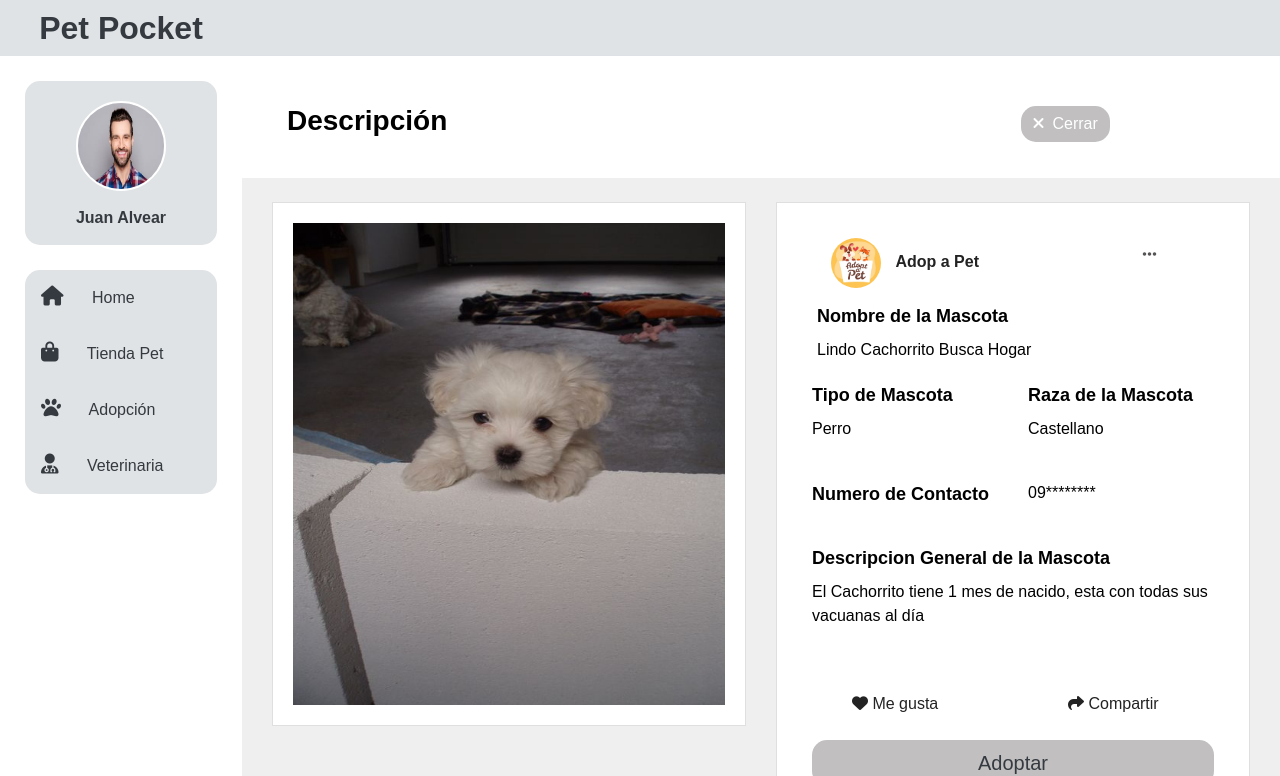
Repository: linkear/k_pet_pocket
Page: P-Final/public/detalle-foto-adop.html
The author's editor kept a copy of each file at every save. The page is drawn from the files as they stood at one save, then again after the next save.
The browser window is 1280 px wide. The pictures show the whole page.
An inner scrolling area shows only its first screen. Some web fonts or font styles are not loaded; a fallback is used. Some web libraries are served in a nearby version.

Above is the page before, as saved 2020-10-25 17:50:55.

### P-Final/public/detalle-foto-adop.html
<!doctype html>
<html lang="en">

<head>
  <!-- Required meta tags -->
  <meta charset="utf-8">
  <meta name="viewport" content="width=device-width, initial-scale=1, shrink-to-fit=no">

  <!-- Bootstrap CSS -->
  <link rel="stylesheet" href="https://stackpath.bootstrapcdn.com/bootstrap/4.3.1/css/bootstrap.min.css"
    integrity="sha384-ggOyR0iXCbMQv3Xipma34MD+dH/1fQ784/j6cY/iJTQUOhcWr7x9JvoRxT2MZw1T" crossorigin="anonymous">

  <!-- Styles -->
  <link rel="stylesheet" href="../css/style.css">
  <link rel="stylesheet" href="../css/detalleFUsuario.css">
  <link rel="stylesheet" href="../css/dropdown.css">

  <!-- Google fonts -->
  <link href="https://fonts.googleapis.com/css?family=Muli:300,700&display=swap" rel="stylesheet">

  <title>Pet-Pocket - Info</title>
</head>

<body>
  <div class="d-flex" id="content-wrapper">
    <!-- Sidebar -->
    <div id="sidebar-container" class="">
      <div class="logo bg-primary">
        <h2 class="text-dark text-center font-weight-bold mb-0">Pet Pocket</h2>
      </div>
      <div class="bck_perfil bg-primary">
        <center>
          <img src="../assets/prfil.jpg" />

          <p class="font-weight-bold nombre_perfil text-dark">Juan Alvear</p>
        </center>
      </div>
      <div class="menu bg-primary">
        <a href="home-principal.html" class="d-block text-dark p-3 border-0"><i class="fa fa-home mr-4"></i>
          Home</a>

        <a href="home-tienda.html" class="d-block text-dark p-3 border-0"><i class="fas fa-shopping-bag mr-4"></i>
          Tienda Pet</a>

        <a href="home-adopcion.html" class="d-block text-dark p-3 border-0"><i class="fas fa-paw mr-4"></i>
          Adopción</a>
        <a href="#" class="d-block text-dark p-3 border-0"><i class="fas fa-user-md mr-4"></i>
          Veterinaria</a>
      </div>
    </div>
    <!-- Fin sidebar -->
    <!-- Navbar -->
    <div class="w-100">

      <!-- Navbar -->
      <nav class="navbar navbar-expand-lg navbar-light bg-primary border-bottom">
        <div class="container">
          <button class="navbar-toggler" type="button" data-toggle="collapse" data-target="#navbarSupportedContent"
            aria-controls="navbarSupportedContent" aria-expanded="false" aria-label="Toggle navigation">
            <span class="navbar-toggler-icon"></span>
          </button>

        </div>
      </nav>
      <!-- Fin Navbar -->

      <div id="content" class="bg-grey w-100">
     <section class="bg-light py-3">
        <div class="container">
          <section class="bg-light py-3">
            <div class="container">
                <div class="row">
                    <div class="col-lg-9 col-md-8">
                        <h3 class="mt-3 font-weight-bold">Descripción</h3>
                    </div>
                    <div class="col-lg-3 col-md-4 d-flex">
                      <div class="align-self-end mb-1">
                        <a href="../public/home-adopcion.html"><button class="btn btn-info w-100 align-self-center categoryItem"><i class="fas fa-times mr-2"></i>Cerrar</button></a>
                      </div>


                      <!--<button class="btn btn-primary w-100 align-self-center">Descargar reporte</button>-->
                    </div>
                </div>
            </div>
          </section>
        </div>
     </section>


     <section>
      <div class="container">
        <div class="row">
          <div class="col-6 my-4">
            <div class="card rounded-0">
              <div class="card-body">
                <img id="detalle-img" src="../assets/img/adp.jpg" alt="">
              </div>
            </div>
          </div>
          <div class="col-6 my-4">
            <div class="card rounded-0">
              <div class="card-body">
                      <div class="header">
                          <img src="../assets/img/userA.jpg" id="imgCard" alt="">
                          <a href="perfil.html" id="nameUser" >Adop a Pet</a>

                          <div class="dropdown" style="float:left;">
                              <i class="fas fa-ellipsis-h" class="dropbtn"></i>

                               <div class="dropdown-content" style="left:0;">
                                 <a href="#"><i class="fas fa-trash-alt"></i>  Eliminar</a>
                                 <a href="post-foto-Adop-Update.html"><i class="fas fa-pen"></i>  Actualizar</a>
                                 <a href="#"><i class="fas fa-times"></i>  Cerrar</a>
                               </div>
                          </div>

                          <br>

                            <div class="row" id="frm">
                              <div class="col-sm-12" >
                                <label  > Nombre de la Mascota </label>
                                  <p class="nameM">Lindo Cachorrito Busca Hogar</p>
                              </div>

                            </div>
                            <br>
                            <div class="row">
                              <div class="col-sm-6" >
                                <label > Tipo de Mascota </label>
                                <p class="nameM">Perro</p>
                               </div>
                              <div class="col-sm-6" >
                                <label > Raza de la Mascota </label>
                                <p class="nameM">Castellano</p>
                              </div>

                            </div>
                            <br>

                            <div class="row">
                              <div class="col-sm-6" >
                                <label > Numero de Contacto </label>

                               </div>
                               <div class="col-sm-6" >
                                  <p id="contacto">09********</p>
                               </div>
                            </div>

                             <br>
                            <div class="row" >
                              <div class="col-sm-12">
                                <label > Descripcion General de la Mascota </label>
                                    <p>
                                      El Cachorrito tiene 1 mes de nacido, esta con todas sus vacuanas al día

                                    </p>
                              </div>
                            </div>
                            <br>
                            <br>
                            <div class="row" id="footer">
                              <div class="col-lg-6 ">
                                  <a href="" id="itm" ><i class="fas fa-heart"></i> Me gusta </a>
                              </div>
                              <div class="col-lg-6 ">
                                  <a href="" id="itm" ><i class="fas fa-share"></i> Compartir</a>
                              </div>

                          </div>
                          <br>
                          <div class="col-lg-12  ">

                                <button  data-toggle="modal" data-target="#ventanaModal" class="btn btn-outline-dark btn-lg btn-block">  Adoptar </button>

                        </div>
                               <br>


                      </div>
                      <br>
                      <br>
              </div>
            </div>
          </div>
        </div>
      </div>
    </section>


          <div class="modal fade" id="ventanaModal" tabindex="-1" role="dialog" aria-label="tituloVentana" aria-hidden="true" >
            <div class="modal-dialog modal-dialog-centered" role="document">
              <div class="modal-content">
                <div class="modal-header">
                  <h5 id="tituloVentana">Formulario de Adopcion</h5>
                  <button class="close" data-dismiss="modal" aria-label="Cerrar" >
                    <samp aria-hidden="true">&times;</samp>
                  </button>
                </div>

                <div class="modal-body">



                  <div class="row">
                    <div class="col-sm-6" >
                      <label > Nombres: </label>
                      <input type="text"  placeholder="Karla"   class="form-control"> </input>
                    </div>
                    <div class="col-sm-6" >
                    <label > Apellidos: </label>
                      <input type="text" placeholder="Rojas"  class="form-control">  </input>
                    </div>
                  </div>
                  <br>
                  <div class="row">
                    <div class="col-sm-6" >
                      <label > Correo Electronico: </label>
                      <input type="text"  placeholder="karla@gmail.com" class="form-control"></input>
                    </div>
                    <div class="col-sm-6" >
                    <label > Telefono: </label>
                      <input type="text" placeholder="0987654321" class="form-control"></input>
                    </div>
                  </div>
                  <br>
                  <div class="row" >
                    <div class="col-sm-12">
                      <label >Direccion: </label>
                      <textarea class="form-control"> Quito, Av. Amazonas y Eloy Alfaro </textarea>
                    </div>
                  </div>
                </div>

                <div class="modal-footer">
                    <button class="btn btn-outline-dark " type="button" data-dismiss="modal" >
                      Enviar
                    </button>
                </div>
              </div>
            </div>
          </div>


      </div>

    </div>
  </div>

  <!-- Optional JavaScript -->
  <!-- jQuery, Popper.js, Bootstrap JS -->
  <script src="https://kit.fontawesome.com/f5f7905918.js" crossorigin="anonymous"></script>
  <script src="https://code.jquery.com/jquery-3.3.1.slim.min.js"
    integrity="sha384-q8i/X+965DzO0rT7abK41JStQIAqVgRVzpbzo5smXKp4YfRvH+8abtTE1Pi6jizo" crossorigin="anonymous">
    </script>
  <script src="https://cdnjs.cloudflare.com/ajax/libs/popper.js/1.14.7/umd/popper.min.js"
    integrity="sha384-UO2eT0CpHqdSJQ6hJty5KVphtPhzWj9WO1clHTMGa3JDZwrnQq4sF86dIHNDz0W1" crossorigin="anonymous">
    </script>
  <script src="https://stackpath.bootstrapcdn.com/bootstrap/4.3.1/js/bootstrap.min.js"
    integrity="sha384-JjSmVgyd0p3pXB1rRibZUAYoIIy6OrQ6VrjIEaFf/nJGzIxFDsf4x0xIM+B07jRM" crossorigin="anonymous">
    </script>
    <script type="text/javascript" src="../js/jquery-3.2.1.slim.min.js"></script>
    <script type="text/javascript" src="../js/popper.min.js"></script>
    <script type="text/javascript" src="../js/bootstrap.min.js"></script>
  <script src="../js/store-pet/filtro-categories.js"></script>

</body>

</html>

### P-Final/css/style.css
@import url(sidebar.css);
@import url(navbar.css);
@import url(registro.css);
@import url(banner.css);
@import url(modal.css);
@import url(img-productos.css);

:root {
    --primary: #E0E3E5;
    --light: #ffffff;
    --grey: #efefef;
    --dark: black
}

body {
    overflow: hidden;
    font-family: 'Muli', sans-serif;
    font-weight: 300;
    color: var(--black);
}

a:hover {
    text-decoration: none;
}

.bg-primary { background-color: var(--primary) !important; }

.bg-light { background-color: var(--light) !important; }

.bg-grey { background-color: var(--grey) !important; }

.bg-mix { background: linear-gradient(180deg, var(--light) 50%, var(--grey) 0); }

.btn-primary {
    border: 0;
}


#content {
    overflow-y: auto;
    height: 100vh;
    padding-bottom: 5rem;
}

/*.btn-search {
    right: 0;
}*/

#cambio_icono::after {
    display: none;
}

.stat {
    border-right: 1px solid var(--grey);
}

.btn-sinborde:focus {
    outline: none;
    box-shadow: none;
}

.validar_error {
    border: 1px solid #C86C6C;
}


@media (max-width: 768px) {
    #sidebar-container {
      display: none;
    }
    .stat {
        border: 0;
    }
  }

### P-Final/css/detalleFUsuario.css
* {
    margin: 0px;
    padding: 0px;
    list-style: none;
}

body {
    margin: 0px;
    padding: 0px;
}

nav {
    height: 56px;
}

.row {
    margin: 0px;
    padding: 0px;
}


label{
    font-size: 18px;
    font-weight: 600;
}

#frm{
    position: relative;
    top: 25px;
    padding: 5px;
}


.tituloOf {
    position: relative;
    top: 50px;
    right: 80px;
}

#cerrar {
    position: relative;
    top: -40px;
    margin-left: 120%;
    text-decoration: none;
    color: #232323;
    font-size: x-large;

}

#tl {
    position: relative;
    font-weight: 600;
    font-size: 18px;
}

#selImg {
    position: relative;
    top: 40px;
    border-style: none;
    background-color: #f1f1f1;

}

.fol {
    position: relative;
    top: 20px;
}

#card2 {
    border-radius: 15px;
    position: relative;
    width: 550px;
    top: 60px;
   right: 80px;
    background-color: #C1BFBF;
    border-style: none;
}

#imgCard {
    width: 50px;
    height: 50px;
    border-radius: 50px;
    position: relative;
    top: 15px;
    left: 20px;
}

#nameUser {
    position: relative;
    left: 30px;
    top: 15px;
    color: #232323;
    font-weight: 600;
}




.comentUser {
    position: relative;
    top: 30px;
    left: 35px;
    font-size: large;
}





.footer {
    position: absolute;
    top: 140px;
    margin: 5px;
    padding: 5px;
    left: 35px;
    width: 550px;
}

.footer  i {
    color: #232323;
}

#footer {
    position: relative;
    left: 40px;
}

#itm {
    color: #232323;
}

.card a{
    list-style: none;
    text-decoration: none;

}

.coments {
    position: relative;
    top: 70px;
    margin: 10px;
    padding: 0 40px;
    right: 2px;
    border-radius: 15px;
    margin-bottom: 35px;
    border-style: none;
}

#coment {
    border-radius: 15px;
}

.form-control {
    border-radius: 15px;
    background-color: #C1BFBF;

}

.btn  {
    border-radius: 15px;
    border-style: none;
    background-color: #C1BFBF;
}

.input-group {
    position: relative;
    top: 10px;
    padding: 0 40px;
    left: 5px;
}

#user1 {
    width: 50px;
    height: 50px;
    border-radius: 50px;
    position: relative;
    top: 30px;
}

#post {
    border-radius: 20px;
    position: relative;
    left: 60px;
    top: -15px;
    width: 270px;

}

#user1Com{
    top: 10px;
    position: relative;
}

#nameUser1 {
    color: #232323;
    font-weight: 600;
    padding: 0 20px;

    position: relative;
}

#detalle-img {
    width: 100%;
    height: 67vh;
}

#detalle-img-2 {
    width: 100%;
    height: 55vh;
}

.bn {
    position: relative;
    left: 25%;

}

### P-Final/css/dropdown.css


  .dropdown {
    position: relative;
    display: inline-block;
    left: 80%;
    top: 20px;
    color:#565454 ;
  }

  .dropdown-content {
    display: none;
    position: absolute;
    right: 0;
    background-color: #f9f9f9;
    min-width: 160px;
    box-shadow: 0px 8px 16px 0px rgba(0,0,0,0.2);
    z-index: 1;
  }

  .dropdown-content a {
    color: black;
    padding: 12px 16px;
    text-decoration: none;
    display: block;
  }

  .dropdown-content a:hover {background-color: #f1f1f1;}

  .dropdown:hover .dropdown-content {
    display: block;
  }

### P-Final/js/store-pet/filtro-categories.js
$(document).ready(function () {

    $('.categoryItem').click(function () {

        var catProduct = $(this).attr('category');

        console.log(catProduct)

        $('.product_item').hide();

        $('.product_item[category="' + catProduct + '"]').show();
    });

    $('.categoryItem[category="todos"]').click(function () {

        $('.product_item').show();
    });
})

### P-Final/css/sidebar.css
#sidebar-container {
    min-height: 100vh;
}

#sidebar-container .logo{
    padding: 0.565rem 1.25rem;
}

#sidebar-container .menu {
    width: 12rem;
    margin: 25px;
    border-radius: 15px;
}

.menu a:hover {
    background:#C0C0C0;
}

.menu .cambio-list{
    background:#C0C0C0;
}

.menu i {
    font-size: 20px;
}

#sidebar-container center img {
    height: 90px;
    width: 90px;
    border-radius: 50%;
    margin-top: 20px;
    border: 2px solid white;
  }

.nombre_perfil {
    padding: 15px;
}

.bck_perfil {
    margin: 25px ;
    border-radius: 15px;
}

### P-Final/css/navbar.css
nav a {
    text-decoration: none;
}

nav i {
    font-size: 20px;
}

/*.container .logo_login {
    position: relative;

}*/

/*.dropdown-toggle::after {
    display: none;
}*/



.avatar {
    max-width: 35px;
    height: 35px;
}

### P-Final/css/registro.css
.formulario {
  margin-top: 140px;
}

.formulario2 {
  padding: 15px;
  width: 25%;
  background-color: #e0e3e5;
  border-radius: 15px;
  box-shadow: 0px 3px 2px 3px#BCBCBC;
}

@media (max-width: 480px) {
  .formulario {
    margin-top: 170px;
  }

  .formulario2 h2 {
    font-size: 100%;
  }

  .formulario2 {
    width: 70%;
  }
}

### P-Final/css/banner.css
#banner {
  position: relative;
}

#banner .contenedor {
  position: absolute;
  top: 0;
  width: 100%;
  height: 100%;
  background-color: rgba(76, 76, 76, 0.5);
  display: flex;
  flex-direction: row;
  justify-content: center;
  align-items: center;
  color: #fff;
  transform: scale(0);
  transition: 0.9s ease;
}

#banner:hover .contenedor {
  transform: scale(1);
}

#banner img {
  height: 30vh;
}

.carousel-control-prev-icon {
  background-image: url("data:[embedded picture, 186 characters]");
}

.carousel-control-next-icon {
  background-image: url("data:[embedded picture, 186 characters]");
}

### P-Final/css/modal.css
#no-image {
     display: flex;
     flex-wrap: wrap;
     justify-content: center;
     align-items: center;
 }

#no-image img{
   /* display: flex;
    justify-content: center;
    align-items: center;*/
    width: 100%;
    height: 15vh;
}

/*#icono_camera img {
    width: 100%;
    height: 32vh;

}*/

label input[type="file"]{
    display: none;
}

### P-Final/css/img-productos.css
.img_productos img {
  padding: 5px;
  width: 100%;
  height: 43vh;
}

#imagenes-productos {
  border-radius: 10px;
}

.img-carrousel img {
  width: 100%;
  height: 65vh;
}

.img_categories img {
  padding: 15px;
  width: 100%;
  height: 30vh;
}

.product_item {
  transition: 0.5s;
  box-shadow: 0 5px rgba(0, 0, 0, 0.2);
  overflow: hidden;
}

.product_item:hover {
  z-index: 1;
  transform: scale(1.1);
  box-shadow: 0 12px 16px rgba(0, 0, 0, 0.2);
  /*border: 1px solid #77a4c2*/
}

Loaded but not shown: P-Final/js/jquery-3.2.1.slim.min.js (library); P-Final/js/popper.min.js (library); P-Final/js/bootstrap.min.js (library)

After the next save:
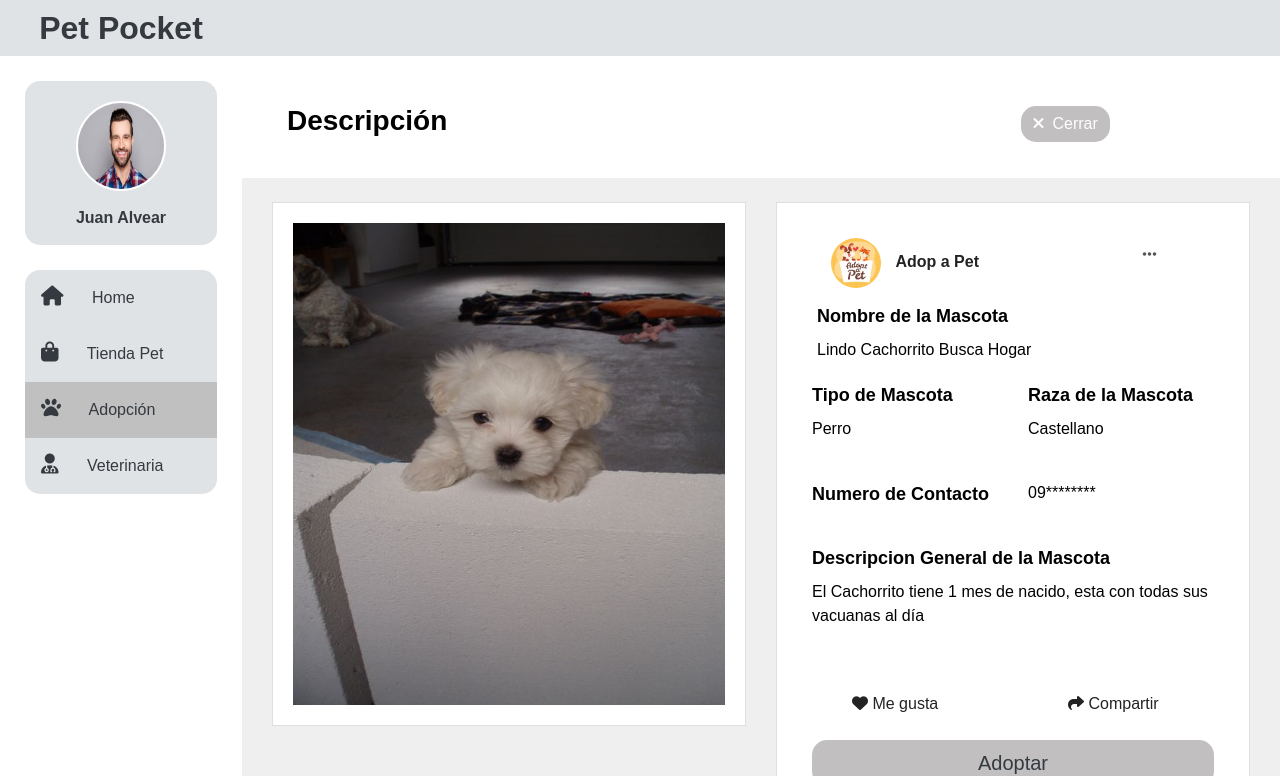
Saved 43 s later.
--- a/P-Final/public/detalle-foto-adop.html
+++ b/P-Final/public/detalle-foto-adop.html
@@ -42,7 +42,7 @@
         <a href="home-tienda.html" class="d-block text-dark p-3 border-0"><i class="fas fa-shopping-bag mr-4"></i>
           Tienda Pet</a>
 
-        <a href="home-adopcion.html" class="d-block text-dark p-3 border-0"><i class="fas fa-paw mr-4"></i>
+        <a href="home-adopcion.html" class="d-block text-dark p-3 border-0 cambio-list"><i class="fas fa-paw mr-4"></i>
           Adopción</a>
         <a href="#" class="d-block text-dark p-3 border-0"><i class="fas fa-user-md mr-4"></i>
           Veterinaria</a>
